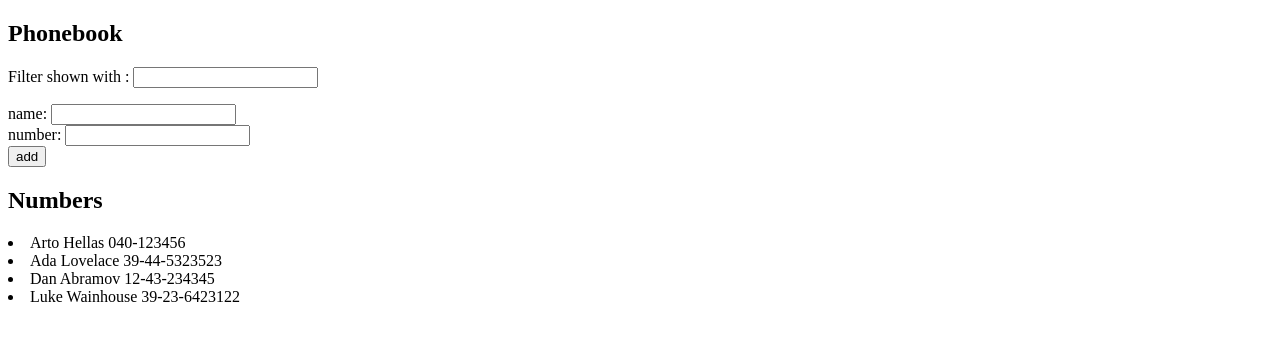
Repository: Wainhouse/Full_Stack_Open_2022
Page: / (app in part2/phonebook/)
The author's editor kept a copy of each file at every save. The page is drawn from the files as they stood at one save, then again after the next save.
The browser window is 1280 px wide. The pictures show the whole page.
The project was rebuilt for these pictures with package versions that can differ from the ones it lists, and the page was loaded fresh each time. Requests to the local data server were answered from the project's data file.

Above is the page before, as saved 2022-12-06 10:52:25.

### part2/phonebook/src/App.js
import { useState, useEffect } from "react";
import Persons from "./components/Persons";
import { Form } from "./components/Form";
import { Search } from "./components/Search";
import axios from "axios";
import personsService from './services/Persons'

const App = () => {
  const [persons, setPersons] = useState([]);
  const [newName, setNewName] = useState("");
  const [newNumber, setNewNumber] = useState("");
  const [filterName, setFilterName] = useState("");
  const [personsSearch, setPersonsSearch] = useState([]);

  useEffect(() => {
    personsService
      .getAll()
      .then(initialPersons => {
        setPersons(initialPersons)
    axios
      .get('http://localhost:3002/persons')
      .then(response => {
        setPersons(response.data)
      })
  }, [])})

  useEffect(() => { console.log('effect')
    axios
      .get('http://localhost:3002/persons')
      .then(response => {
        console.log('promise fulfilled')
        setPersons(response.data)
        setPersonsSearch(response.data)
      })
    }, [])

  console.log('render', persons.length, 'notes')

  const handlePersonChange = (event) => {
    console.log(event.target.value);
    setNewName(event.target.value);

  };

  const handleNumberChange = (event) => {
    setNewNumber(event.target.value);
  };

  const handleSearch = (event) => {
    const search = event.target.value;
    setFilterName(search);
    setPersonsSearch(
        persons.filter((person) => person.name.toLowerCase().includes(search))
      );
  };

  const addPerson = (event) => {
    event.preventDefault();
    const nameObject = {
      name: newName,
      number: newNumber,
      id: persons.length + 1,
    };

    if (persons.some((person) => person.name === newName)) {
      alert(`${newName} already exists`);
    } else {
      setPersons(persons.concat(nameObject));
      setPersonsSearch(persons.concat(nameObject));
      setNewName("");
      setNewNumber("");
    }
  };
  return (
    <>
      <h2>Phonebook</h2>
      <Search
      filterName={filterName}
      handleSearch={handleSearch}/>
      <Form
      addPerson = {addPerson}
      newName = {newName}
      newNumber = {newNumber}
      handlePersonChange = {handlePersonChange}
      handleNumberChange = {handleNumberChange}
      />
      <h2>Numbers</h2>
      {personsSearch.map((person) => (
        <Persons key={person.name} person={person} number={newNumber}/>

      ))}
    </>
  );
};

export default App;

### part2/phonebook/src/components/Persons.js
const Person = ({ person }) => {
  return <li>{person.name} {person.number}</li>;
};

export default Person;

### part2/phonebook/src/components/Form.js
import React from "react";

export const Form = ({addPerson, newName, newNumber, handlePersonChange, handleNumberChange}) => {
  return (
    <div>
      <form onSubmit={addPerson}>
        <div>
          name: <input value={newName} onChange={handlePersonChange} />
          <br />
          number: <input value={newNumber} onChange={handleNumberChange} />
        </div>
        <div>
          <button type="submit">add</button>
        </div>
      </form>
    </div>
  );
};

### part2/phonebook/src/components/Search.js
import React from 'react'

export const Search = ({filterName, handleSearch}) => {
  return (
<p>
    Filter shown with : <input value={filterName} onChange={handleSearch} />
</p>  )
}

### part2/phonebook/src/services/Persons.js
import axios from 'axios'
const baseUrl = 'http://localhost:3002/persons'

const getAll = () => {
  const request = axios.get(baseUrl)

  return request.then(response => response.data)
}

const create = nameObject => {
  const request = axios.post(baseUrl, nameObject)
  return request.then(response => response.data)
}

const update = (id, nameObject) => {
  const request = axios.put(`${baseUrl}/${id}`, nameObject)
  return request.then(response => response.data)
}

export default { getAll, create, update }

### part2/phonebook/db.json
{
    "persons":[
      {
        "name": "Arto Hellas",
        "number": "040-123456",
        "id": 1
      },
      {
        "name": "Ada Lovelace",
        "number": "39-44-5323523",
        "id": 2
      },
      {
        "name": "Dan Abramov",
        "number": "12-43-234345",
        "id": 3
      },
      {
        "name": "Luke Wainhouse",
        "number": "39-23-6423122",
        "id": 4
      }
    ]
  }

Loaded but not shown: part2/phonebook/public/index.html (common file); part2/phonebook/src/index.js (common file)

After the next save:
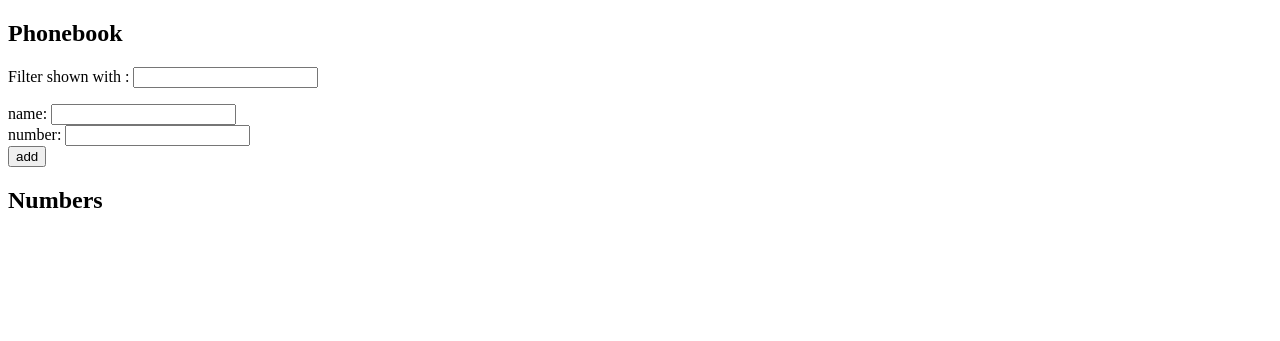
Saved 7 min 23 s later.
--- a/part2/phonebook/src/App.js
+++ b/part2/phonebook/src/App.js
@@ -24,17 +24,7 @@ const App = () => {
       })
   }, [])})
 
-  useEffect(() => { console.log('effect')
-    axios
-      .get('http://localhost:3002/persons')
-      .then(response => {
-        console.log('promise fulfilled')
-        setPersons(response.data)
-        setPersonsSearch(response.data)
-      })
-    }, [])
 
-  console.log('render', persons.length, 'notes')
 
   const handlePersonChange = (event) => {
     console.log(event.target.value);
@@ -60,7 +50,16 @@ const App = () => {
       name: newName,
       number: newNumber,
       id: persons.length + 1,
-    };
+    }
+
+    personsService
+      .create(nameObject)
+      .then(returnedNote => {
+        setPersons(persons.concat(returnedNote))
+        setNewName('')
+        setNewNumber('')
+      })
+
 
     if (persons.some((person) => person.name === newName)) {
       alert(`${newName} already exists`);
